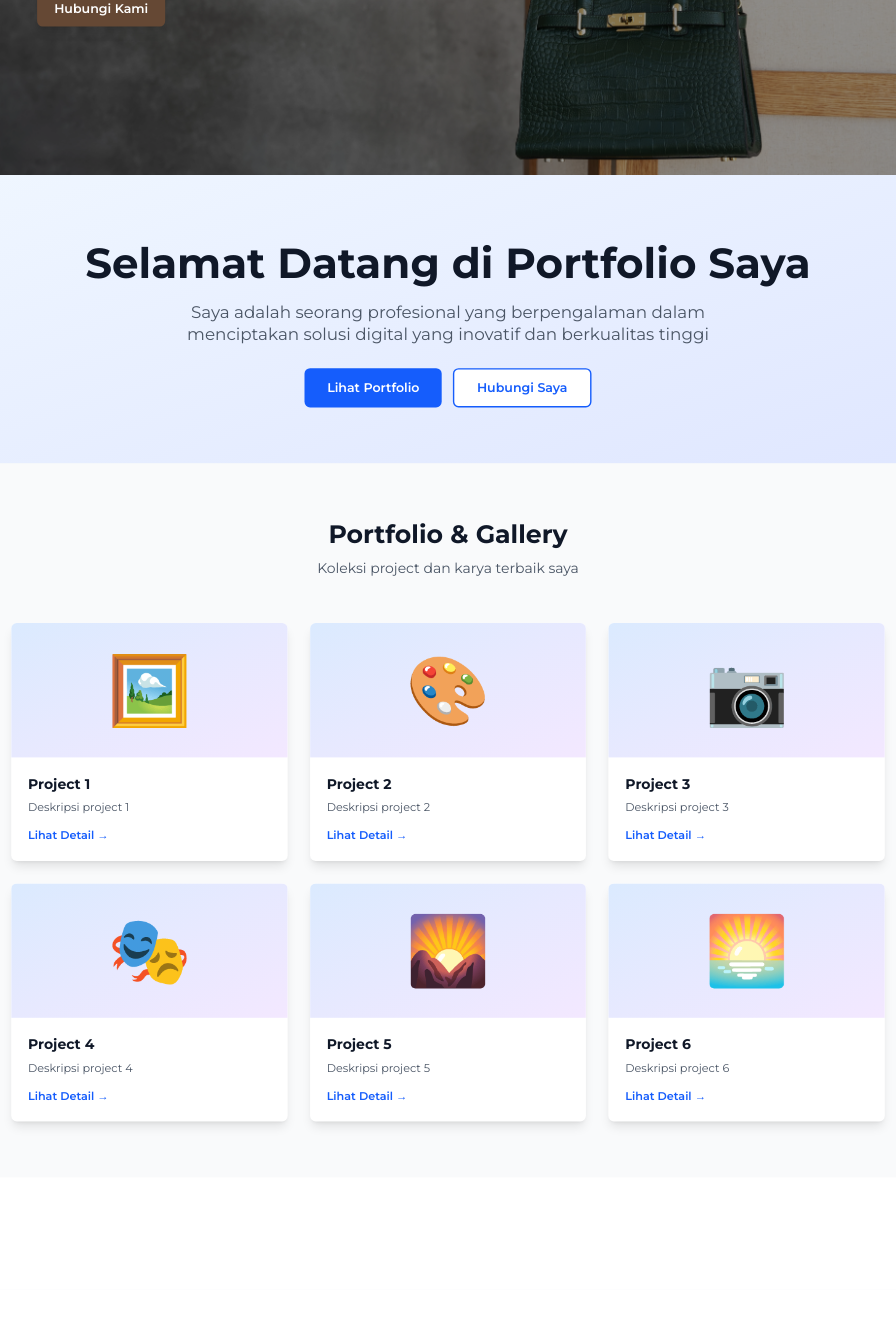
Repository: faridfirdaus-fred/konveksi_misju
Page: /
The author's editor kept a copy of each file at every save. The page is drawn from the files as they stood at one save, then again after a run of saves.
The browser window is 1280 px wide. The pictures show the part of the page from y = 470 to 2390 px (the page is 3133 px tall before and 3053 px after), at 70% of full size.
The project was rebuilt for these pictures with package versions that can differ from the ones it lists, and the page was loaded fresh each time. Also part of the build but not shown: vite.config.js.

Above is the page before, as saved 2026-01-09 18:58:33.

After the next 2 saves:
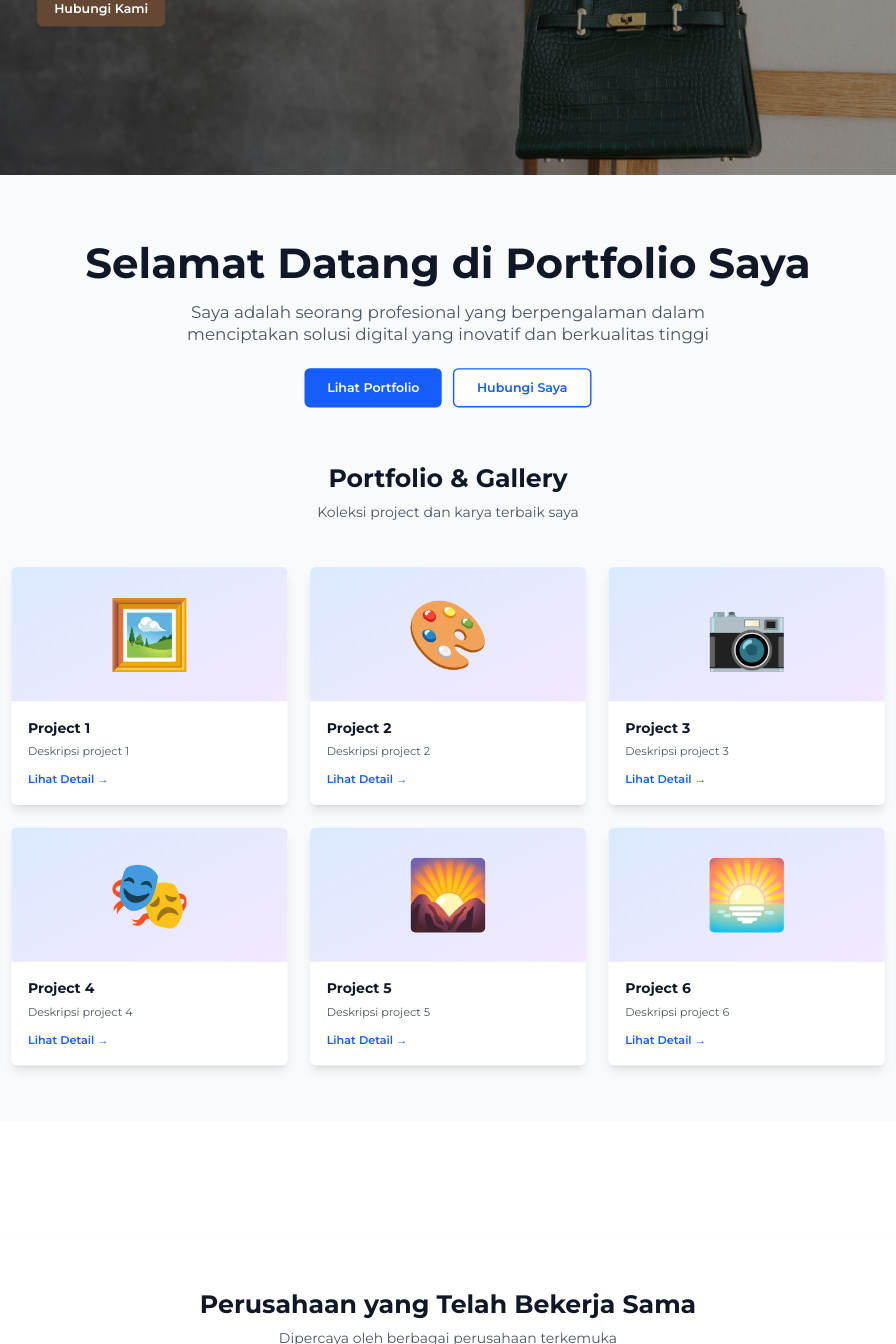
The 2 saves are shown as one change because they came seconds apart.
The last was saved 16 s later.
--- a/src/components/Hero_Bottom.jsx
+++ b/src/components/Hero_Bottom.jsx
@@ -7,7 +7,7 @@
   }
 
   return (
-    <section id="home" className="pt-24 pb-20 px-4 bg-gradient-to-br from-blue-50 to-indigo-100">
+    <section id="home" className="pt-24 pb-20dient-to-br from-blue-50 to-indigo-100">
       <div className="max-w-7xl mx-auto">
         <div className="text-center">
           <h1 className="text-5xl md:text-6xl font-bold text-gray-900 mb-6">
